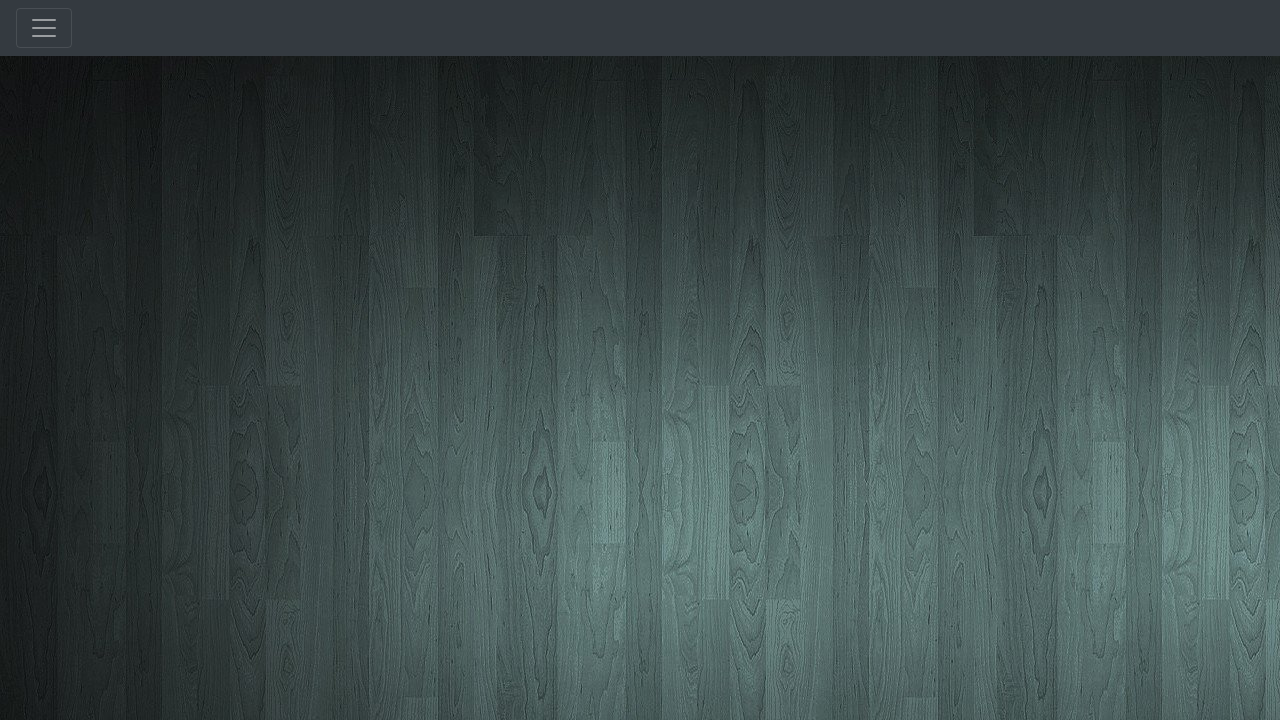
Repository: UncEmerson/UncEmerson
Page: index.html
The author's editor kept a copy of each file at every save. The page is drawn from the files as they stood at one save, then again after the next save.
The browser window is 1280 px wide. The pictures show the whole page.

Above is the page before, as saved 2019-06-11 23:41:59.

After the next save:
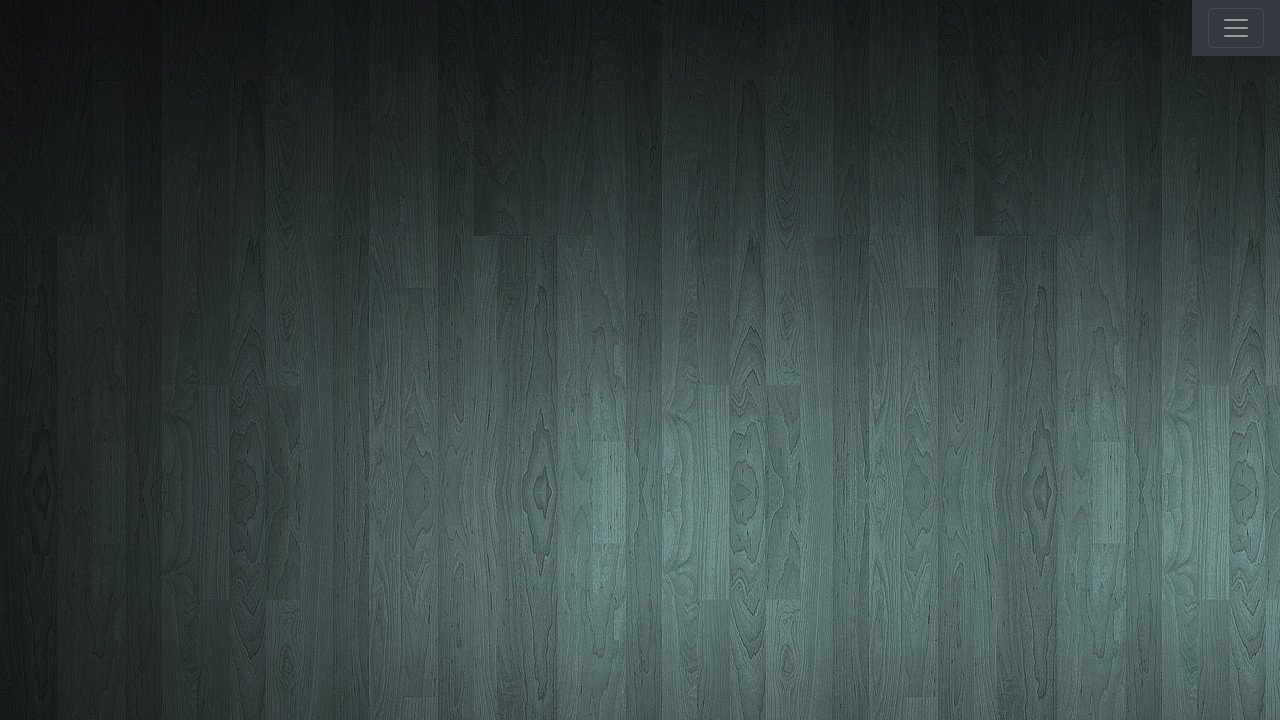
Saved 3 s later.
--- a/index.html
+++ b/index.html
@@ -21,7 +21,7 @@
                     <span class="text-muted">Toggleable via the navbar brand.</span>
                 </div>
             </div>
-            <nav class="navbar navbar-dark bg-dark">
+            <nav class="navbar navbar-dark bg-dark derecha">
                 <button class="navbar-toggler" type="button" data-toggle="collapse" data-target="#navbarToggleExternalContent" aria-controls="navbarToggleExternalContent" aria-expanded="false" aria-label="Toggle navigation">
                         <span class="navbar-toggler-icon"></span>
                       </button>
